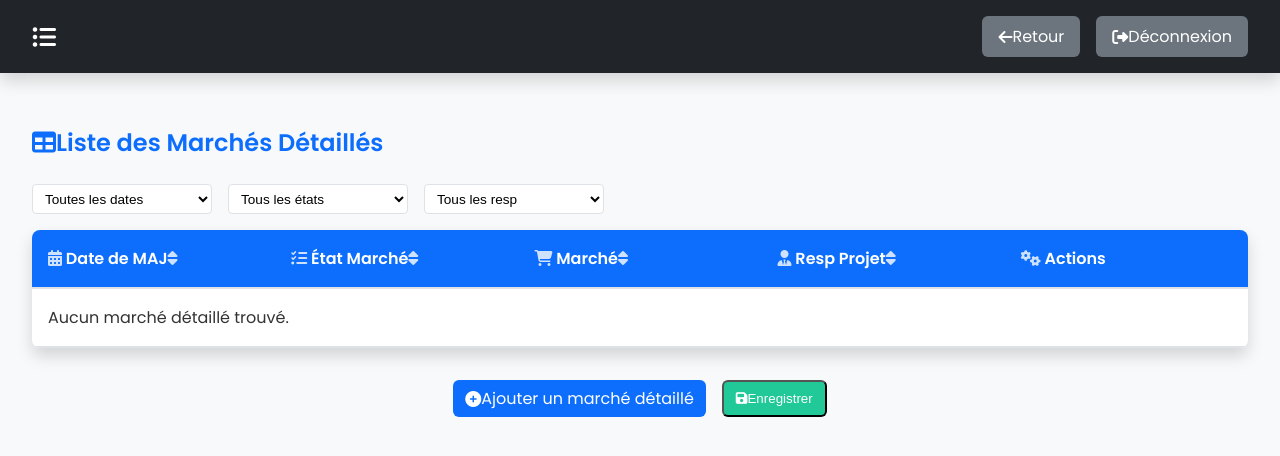
Repository: Andriatiana669/Retour_XP
Page: dashboard/templates/dashboard/liste_marche.html
An editor plug-in stored every save of this project. The page is shown before and after the next save, followed by the edit.
The browser window is 1280 px wide. The pictures show the whole page.
The page is served by the project's application, run on Django 5.2 (manage.py). The template is opened directly, without the code that normally fills it, so the values that code supplies are empty.

Above is the page before, as saved 2026-01-07 15:14:32.

After the next save:
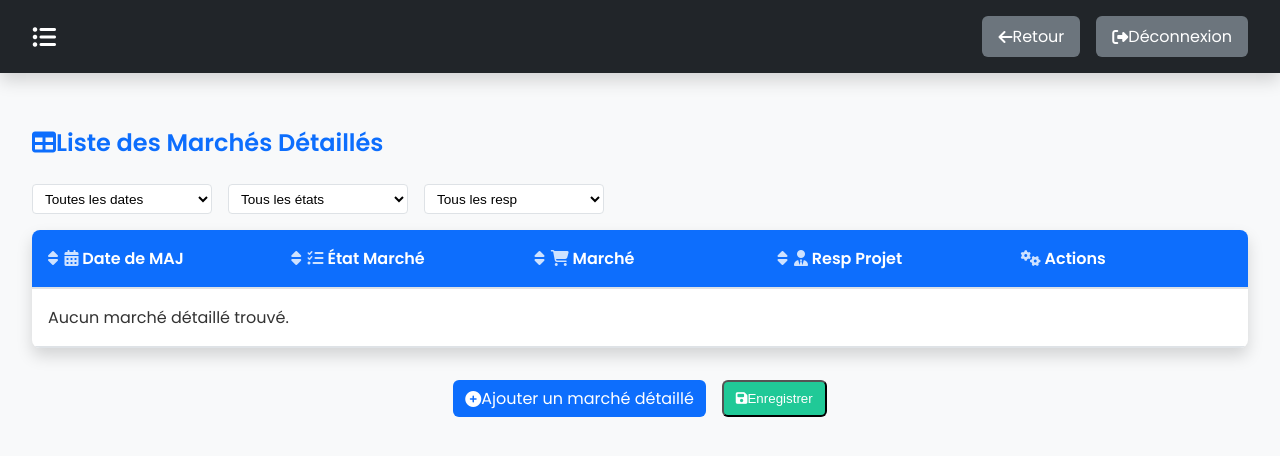
Saved 34 s later.
--- a/dashboard/static/dashboard/js/liste_marche.js
+++ b/dashboard/static/dashboard/js/liste_marche.js
@@ -13,7 +13,7 @@
     $$('thead th').forEach((th, idx) => {
         if (idx > 3) return; // on ne tri que les 4 premières colonnes
         th.style.cursor = 'pointer';
-        th.insertAdjacentHTML('beforeend', '<i class="fas fa-sort ms-1 text-muted"></i>');
+        th.insertAdjacentHTML('afterbegin', '<i class="fas fa-sort text-muted sort-icon"></i>');
         th.addEventListener('click', () => {
             const dir = (sortState[idx] || 1) * -1;
             sortState = {[idx]: dir};

After the save that followed:
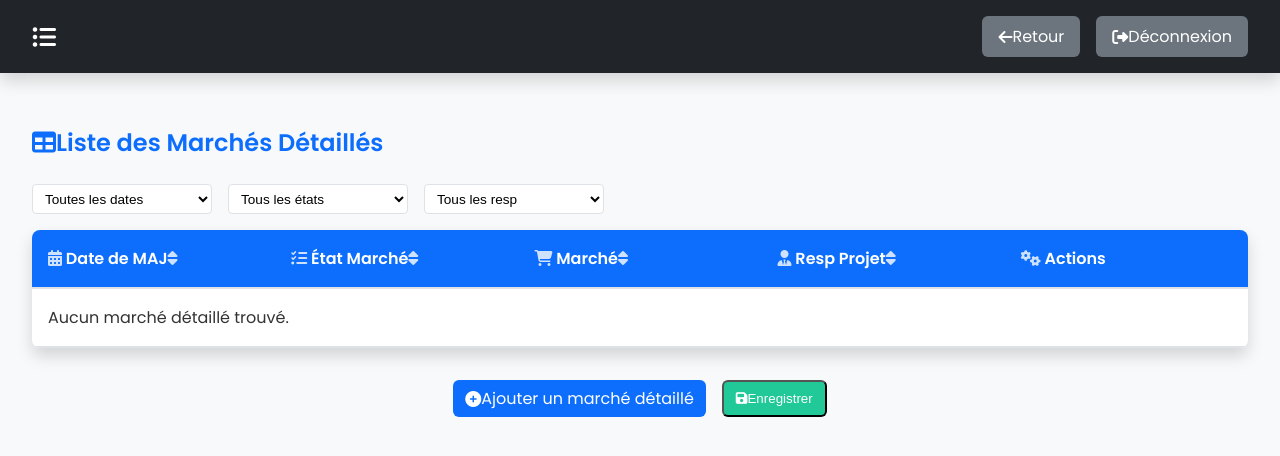
Saved 19 s later.
--- a/dashboard/static/dashboard/js/liste_marche.js
+++ b/dashboard/static/dashboard/js/liste_marche.js
@@ -13,7 +13,7 @@
     $$('thead th').forEach((th, idx) => {
         if (idx > 3) return; // on ne tri que les 4 premières colonnes
         th.style.cursor = 'pointer';
-        th.insertAdjacentHTML('afterbegin', '<i class="fas fa-sort text-muted sort-icon"></i>');
+        th.insertAdjacentHTML('beforeend', '<i class="fas fa-sort text-muted sort-icon"></i>');
         th.addEventListener('click', () => {
             const dir = (sortState[idx] || 1) * -1;
             sortState = {[idx]: dir};
